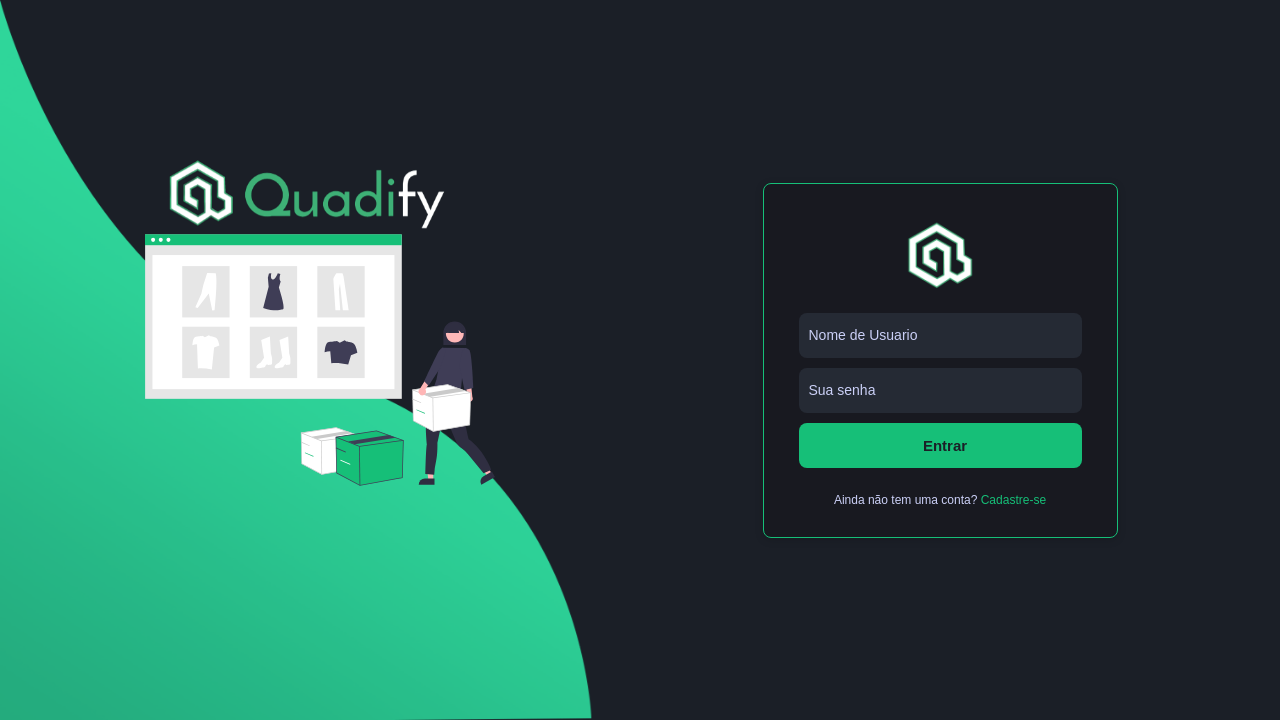
Repository: ichumbo/StarkDashboard
Page: login.html
These files come from the project's save history. The page is drawn as it stood at one moment and after the next save; the edit follows.
The browser window is 1280 px wide. The pictures show the whole page.

Above is the page before, as saved 2023-06-14 16:36:59.

After the next save:
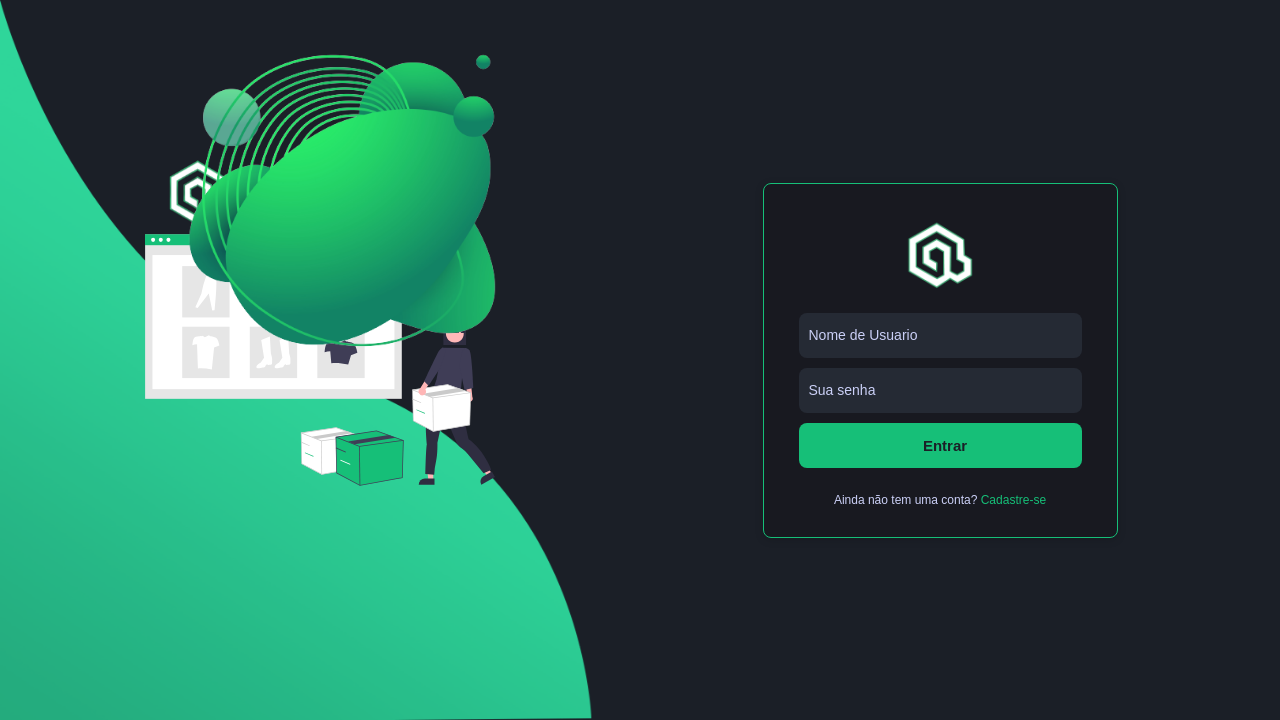
Saved 117 min 8 s later.
--- a/login.html
+++ b/login.html
@@ -18,6 +18,7 @@
     <img class="wave" src="img/wave.png" alt="wave">
     <img class="stats" src="img/stats.svg" alt="stats">
     <img class="icon" src="img/icontrue.png" alt="icon">
+    <img class="icon" src="img/form.png" alt="form">
 
     <section class="area-login">
         <div class="login">
